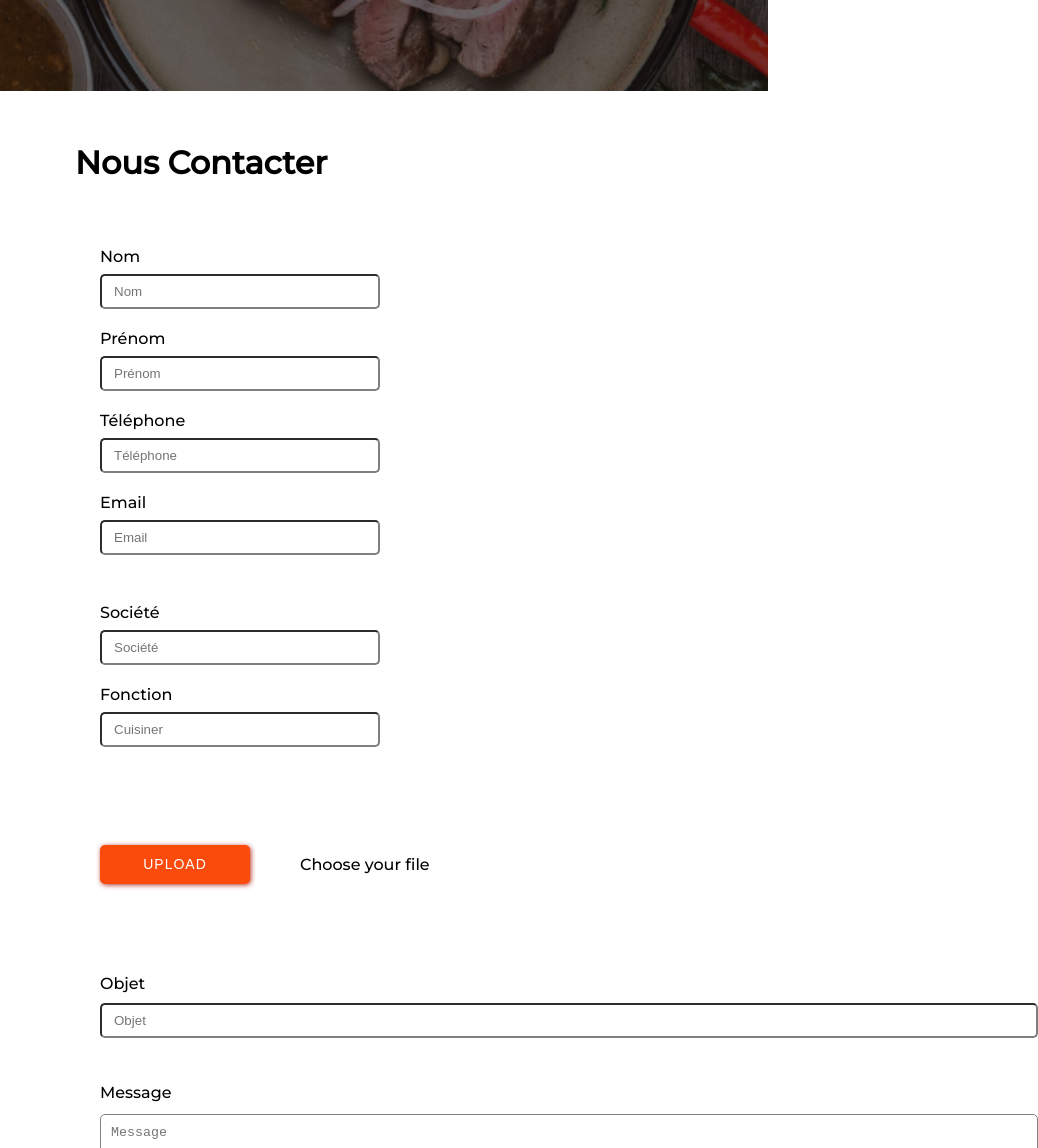
Repository: sisilass31/bella-olonje
Page: html/contact.html
These files come from the project's save history. The page is drawn as it stood at one moment and after a run of saves; the edit follows.
The browser window is 768 px wide. The page is 1038 px wide, so the pictures cover 1038 px, including what lies to the right of the window. The pictures show the part of the page from y = 731 to 1879 px (the page is 2659 px tall before and 2631 px after).
Some web libraries are served in a nearby version.

Above is the page before, as saved 2023-02-15 10:12:47.

### html/contact.html
<!DOCTYPE html>
<html lang="fr">

<head>
    <meta charset="UTF-8">
    <meta http-equiv="X-UA-Compatible" content="IE=edge">
    <meta name="viewport" content="width=device-width, initial-scale=1.0">
    <link rel="stylesheet" href="https://pro.fontawesome.com/releases/v5.10.0/css/all.css">
    <script src="https://www.google.com/recaptcha/api.js" async defer></script>
    <link rel="stylesheet" href="../css/contact.css">
    <title>Contact</title>
</head>

<body>
    <header>
        <nav>
            <ul class='nav-bar'>
                <li class='logo'><a href='#'><img src="../img/logo.png"alt="jsp"></a></li>
                <div><input type='checkbox' id="check"></div>
                <span class="menu">
                  <li><a href="acceuil.html" class="nav-link">Home</a></li>
                  <li><a href="#pizza" class="nav-link">Pizzas</a></li>
                  <li><a href="#burger" class="nav-link">Burgers</a></li>
                  <li><a href="#salades" class="nav-link">Salades</a></li>
                  <li><a href="index3.html" class="nav-link">Contact</a></li>
                  <label for="check" class="close-menu"><i class="fas fa-times"></i></label>
                </span>
                <label for="check" class="open-menu"><i class="fas fa-bars"></i></label>
            </ul>
        </nav>
        <div class="food_app">
            <div class="title_food_app">
                <h3>Food app</h3>
                <strong>Chez Bella <br>chaque désir s'additionne.</strong>
            </div>
        </div>
    </header>
    <main>
        <div class="infos" id="form-infos">
            <form>
              <h1>Nous Contacter</h1>

                <div class="grp_infos">
                    <div class="nom_prenom">
                        <div class="label1">
                            <label class="label_nom">Nom</label><br>
                            <input type="text" placeholder="Nom">
                        </div>
                        <div class="label1">
                            <label class="label_nom">Prénom</label><br>
                            <input type="text" placeholder="Prénom">
                        </div>
                    </div>
                </div>

                <div class="telephone_email">
                  <div class="label1">
                    <label class="label_nom">Téléphone</label><br>
                    <input type="text" placeholder="Téléphone">
                  </div>
                  <div class="label1">
                    <label class="label_nom">Email</label><br>
                    <input type="text" placeholder="Email">
                  </div>
                </div>

                <div class="société_fonction">
                    <div class="label1">
                      <label class="label_nom">Société</label><br>
                      <input type="text" placeholder="Société">
                    </div>
                    <div class="label1">
                      <label class="label_nom">Fonction</label><br>
                      <input type="text" placeholder="Cuisiner">
                    </div>
                </div>


                <div class="chose">
                    <div class="div_button">
                        <button class="button" type="button">UPLOAD</button>
                        <p>Choose your file</p>
                    </div>
                </div>

                <div>
                    <div class="g-recaptcha" data-sitekey="6Lc_nVgkAAAAANUqv4ltSxulUPFWVLdaBJeZfWuV"></div>
                </div>

                <div class="grp_choose">
                    <div class="choose_message">
                        <div class="label_choose">
                            <label>Objet</label><br>
                            <input type="text" placeholder="Objet">
                        </div>
                        <div class="label_message">
                            <label>Message</label><br>
                            <textarea placeholder="Message"></textarea>
                        </div>
                    </div>
                </div>
                <div class="map">
                    <iframe
                        src="https://www.google.com/maps/embed?pb=!1m14!1m8!1m3!1d6802.520331314847!2d2.4286389989125756!3d48.78576307783899!3m2!1i1024!2i768!4f13.1!3m3!1m2!1s0x47e67344bd2d57f1%3A0x2a84a845271b523a!2sAFPA!5e0!3m2!1sfr!2sfr!4v1674599977215!5m2!1sfr!2sfr"
                        width="800" height="400" style="border: 1px;;" allowfullscreen="" loading="lazy"
                        referrerpolicy="no-referrer-when-downgrade">
                    </iframe>
                </div>

                <div class="div_button2"><button class="button2" type="button">Envoyer</button></div>
            </form>
        </div>

    </main>
</body>

### css/contact.css
@import url('https://fonts.googleapis.com/css2?family=Montserrat:wght@100;200;500&display=swap');

* {
    margin: 0px;
    padding: 0px;
    scroll-behavior: smooth;
    box-sizing: border-box;
}

html,
body {
    font-family: Montserrat, sans-serif;
    background-size: cover;
    background-position: center;
    height: 100vh;
    background-repeat: no-repeat;
    scroll-behavior: smooth;
}

/*navbar*/
.nav-bar {
    width: 100%;
    display: flex;
    justify-content: space-between;
    align-items: center;
    list-style: none;
    position: relative;
    background-color: #FFF;
    padding: 12px 20px;
}

.logo img {
    width: 150px;
}

.menu {
    display: flex;
}

.menu li {
    padding-left: 30px;
    padding-right: 55px;
}

.menu li a {
    display: inline-block;
    text-decoration: none;
    color: #333;
    text-align: center;
    position: relative;
}

.menu li a:hover {
    color: #FA4A0C;
}

.open-menu {
    position: absolute;
    color: #FA4A0C;
    cursor: pointer;
    font-size: 1.5rem;
    display: none;
}

.close-menu {
    position: absolute;
    color: #333;
    cursor: pointer;
    font-size: 1.5rem;
    display: none;
    padding: 10px;
}

.open-menu {
    top: 50%;
    right: 20px;
    transform: translateY(-50%);
}

.close-menu {
    top: 20px;
    right: 20px;
}

#check {
    display: none;
}

@media(max-width: 920px) {
    .menu {
        flex-direction: column;
        align-items: center;
        width: 60%;
        height: 100vh;
        position: fixed;
        top: 0;
        right: -100%;
        z-index: 100;
        background-color: rgb(152, 152, 152);
        ;
        transition: all 0.2s ease-in-out;
        padding-top: 100px;
    }

    .menu li {
        margin-top: 40px;
    }

    .menu li a {
        padding: 10px;
        color: #FFF;
    }

    .open-menu {
        display: block;
        padding-right: 25px;
        padding-top: 13px;
    }

    .close-menu {
        display: block;
        color: #FFF;
        padding-right: 25px;
        padding-top: 22px;
    }

    #check:checked~.menu {
        right: 0;
    }

    .menu li a:hover {
        color: #333;
    }

    .nav-link {
        font-family: Montserrat;
        letter-spacing: .8px;
    }
}

/*navbar*/
/*food_app*/
.title_food_app {
    padding-top: 50px;
}

.food_app {
    background-image: url(../img/food_app.png);
    min-height: 90vh;
    background-repeat: no-repeat;
    background-position: center;
    background-size: cover;
}

.title_food_app h3 {
    font-family: 'Montserrat';
    font-style: normal;
    font-weight: 550;
    font-size: 24px;
    line-height: 36px;
    text-align: center;
    letter-spacing: 0.1px;
    color: #F7F7F7;
    padding-top: 50px;
}

.title_food_app {

    font-family: Montserrat;
    font-style: normal;
    font-weight: 600;
    font-size: 58px;
    line-height: 80px;
    text-align: center;
    letter-spacing: 0.2px;
    color: #FFFFFF;
}

.title_pizza {
    display: flex;
    justify-content: center;
    color: #000000;
}

/*food_app*/

/*contact*/

.label1 {
    padding-right: 200px;
    padding-left: 100px;
}

.label1 input {
    width: 280px;
    height: 35px;
    margin-bottom: 20px;
    margin-top: 8px;
    padding: 5px 12px;
    color: grey;
    border-radius: 5px;
    border-color: gray;
}

/*upload*/
.chose {
    display: flex;
}

.grp_choose {
    padding-left: 100px;
}

.label_choose input {
    width: 938px;
    height: 35px;
    margin-bottom: 20px;
    margin-top: 10px;
    padding: 5px 12px;
    color: grey;
    border-radius: 5px;
    border-color: gray;
}

.label_message {
    padding-top: 25px;
}

textarea {
    width: 938px;
    height: 141px;
    margin-bottom: 20px;
    color: grey;
    border-color: gray;
    margin-top: 12px;
    padding: 10px 10px 80px;
    outline: none;
    border-radius: 5px;
    resize: none;
}

/*upload*/

.infos h1 {
    padding: 52px 0px 65px 75px;
}

/*contact*/
.nom_prenom {
    display: flex;
    justify-content: space-around;
    padding-right: 200px;
    padding-bottom: 28px;
}

.telephone_email {
    display: flex;
    justify-content: space-around;
    padding-right: 200px;
    padding-bottom: 28px;
}

.société_fonction {
    display: flex;
    justify-content: space-around;
    padding-right: 200px;
    padding-bottom: 28px;
}

.div_button {
    padding: 50px 0px 35px 100px;
    display: flex;
}

.div_button2 {
    padding: 50px 490px 50px 0px;
    display: flex;
    justify-content: flex-end;
}

.button {
    letter-spacing: 1px;
    font-size: 14px;
}

.button2 {
    letter-spacing: 1px;
    font-size: 16px;
}

.g-recaptcha {
    padding: 0px 0px 55px 100px;
}

.div_button p {
    padding-left: 50px;
    padding-top: 10px;
}

.div_button button {
    border: 0;
    line-height: 2.8;
    width: 150px;
    padding: 0 18px;
    font-size: 14px;
    text-align: center;
    color: #fff;
    border-radius: 5px;
    background-color: #FA4A0C;
    box-shadow: 1px 1px 5px #B73227;
}

.div_button2 button {
    border: 0;
    line-height: 2.5;
    width: 150px;
    padding: 0 18px;
    font-size: 18px;
    text-align: center;
    color: #fff;
    border-radius: 20px;
    background-color: #FA4A0C;
    box-shadow: 1px 1px 5px #B73227;
}


/*contact*/

.choose {
    padding-left: 50px;
    padding-bottom: 38px;
    display: flex;
}

.message {
    padding-left: 50px;
    padding-bottom: 55px;
    display: flex;
}

/*map*/
.map {
    padding: 50px 0px 50px 100px;
}

/*map*/

/*responsive*/
/* Mobile */
@media (max-width:767px) {}

/* Ipad Mini to ipad */
@media screen and (min-width:768px) and (max-width:991px) {
    .infos h1 {
        padding: 52px 0px 65px 75px;
    }

    .nom_prenom {
        padding:0;
        flex-direction: column;
    }

    .label1 {
        padding-right: 200px;
        padding-left: 100px;
    }

    .telephone_email {
        padding-right: 200px;
        padding-bottom: 28px;
        flex-direction: column;
    }

    .société_fonction {
        justify-content: center;
        justify-content: safe;
        justify-content: space-evenly;
        justify-content: space-between;
        padding-right: 200px;
        padding-bottom: 28px;
        justify-content: space-around;
        flex-direction: column;
    }
}

After the next 2 saves:
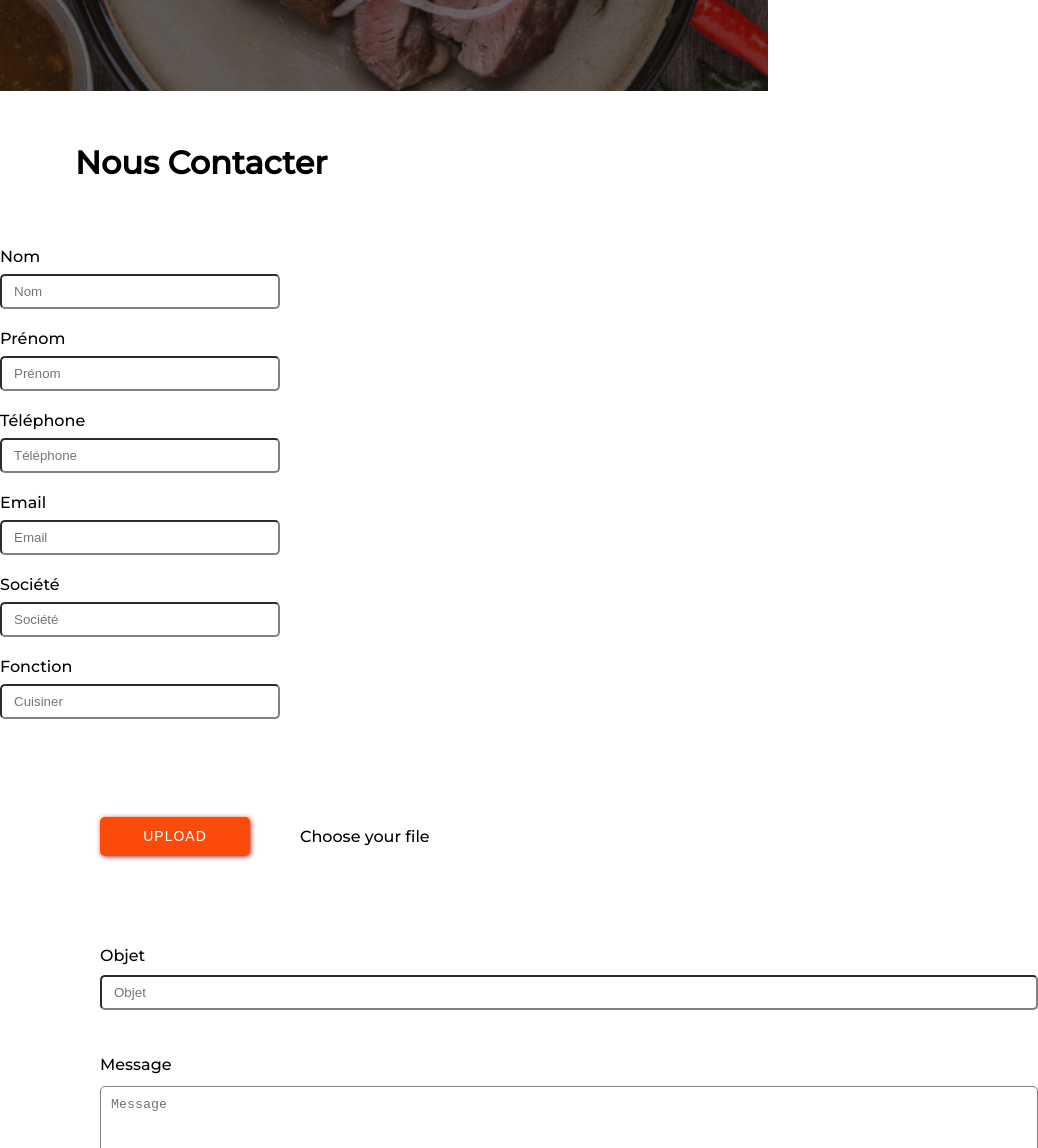
The 2 saves are shown as one change because they came seconds apart.
The last was saved 10 s later.
--- a/css/contact.css
+++ b/css/contact.css
@@ -361,13 +361,11 @@ textarea {
     }
 
     .label1 {
-        padding-right: 200px;
-        padding-left: 100px;
+        padding:0;
     }
 
     .telephone_email {
-        padding-right: 200px;
-        padding-bottom: 28px;
+        padding:0;
         flex-direction: column;
     }
 
